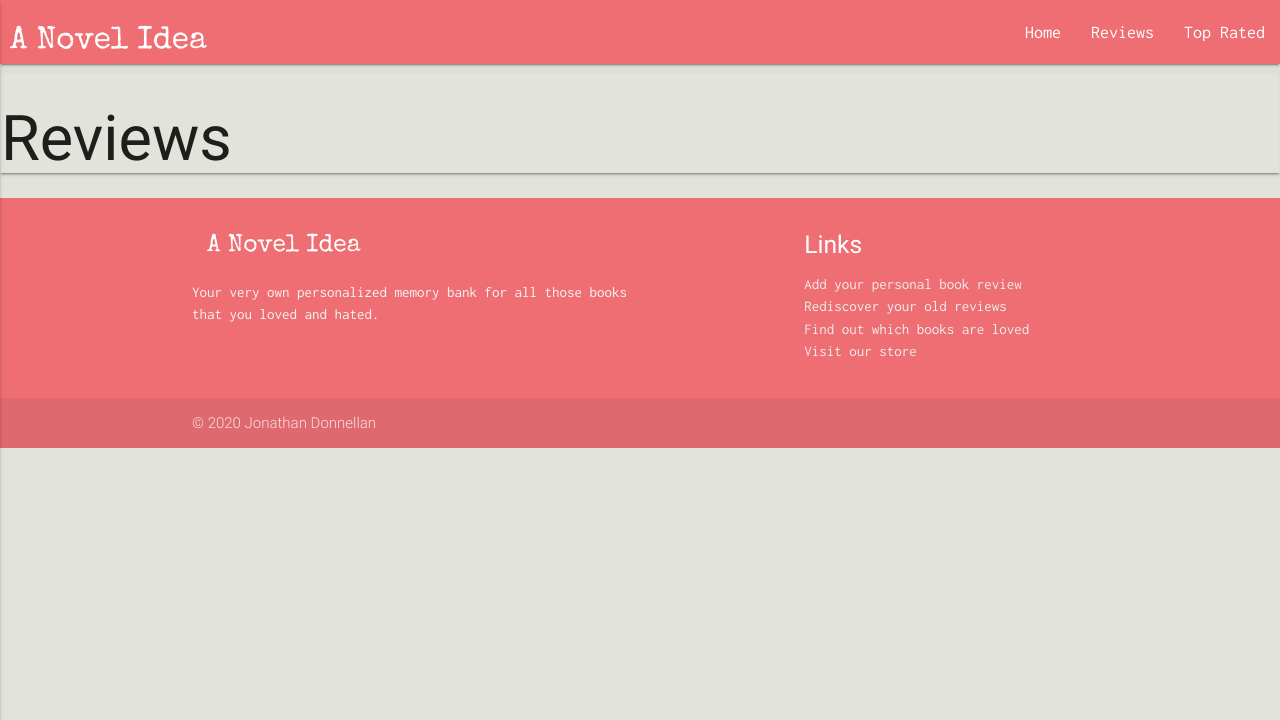
Repository: johnny-don/a-novel-idea
Page: http://localhost/
The author's editor kept a record of every edit. The page is drawn from the files as they stood at one moment, then again after the next edit.
The browser window is 1280 px wide. The pictures show the whole page.
Some web libraries are served in a nearby version. The page is served by the project's application, run on Flask 3 (app.py). Queries for data that is not in the repository find no rows.

Above is the page before.

After the next edit:
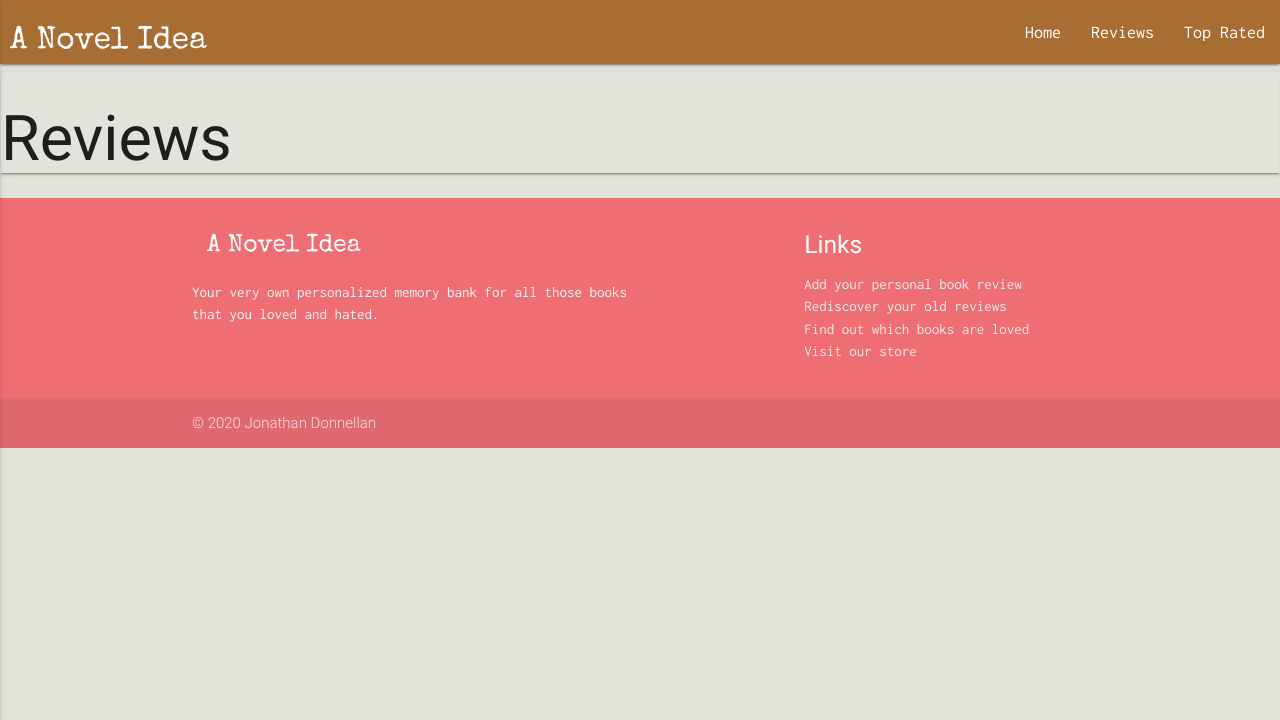
The edit:
--- a/templates/base.html
+++ b/templates/base.html
@@ -16,8 +16,8 @@
 
 <body>
       <header>
-        <nav>
-            <div class="nav-wrapper navbar">
+        <nav class="nav-foot">
+            <div class="nav-wrapper">
                 <a href="{{url_for('add_review')}}" class=" brand brand-logo">A Novel Idea</a>
                 <a href="#" data-activates="mobile-demo" class="button-collapse"><i class="material-icons">menu</i></a>
                 <ul id="nav-mobile" class="right hide-on-med-and-down">
